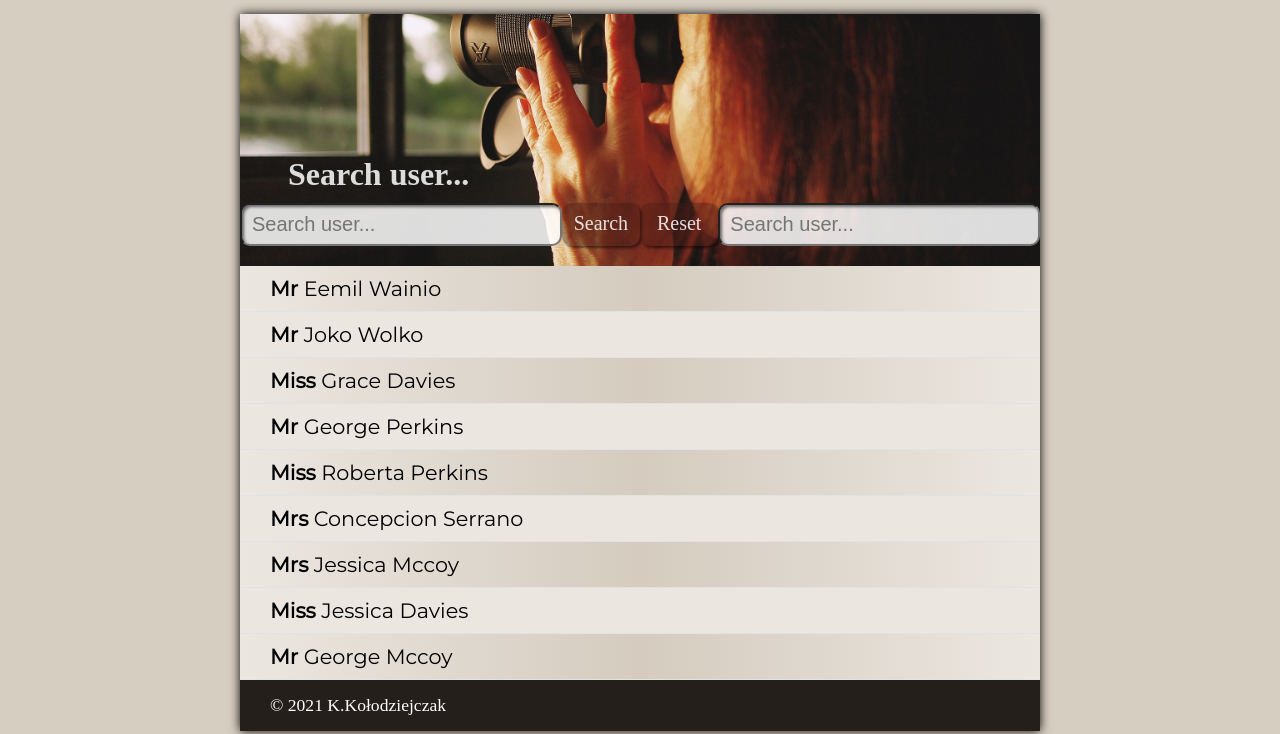
Repository: KrzysKolo/sr_tydzien5_zad4
Page: /
The author's editor kept a copy of each file at every save. The page is drawn from the files as they stood at one save, then again after the next save.
The browser window is 1280 px wide. The pictures show the whole page.
Some web fonts or font styles are not loaded; a fallback is used. The project was rebuilt for these pictures with package versions that can differ from the ones it lists, and the page was loaded fresh each time. Also part of the build but not shown: src/components/userContainerComponents/Error.js.

Above is the page before, as saved 2021-01-05 15:48:56.

### public/index.html
<!DOCTYPE html>
<html lang="en">
  <head>
    <meta charset="utf-8" />
    <link rel="icon" href="%PUBLIC_URL%/favicon.ico" />
    <meta name="viewport" content="width=device-width, initial-scale=1" />
    <meta name="theme-color" content="#000000" />
    <meta
      name="description"
      content="Web site created using create-react-app"
    />
    <link rel="apple-touch-icon" href="%PUBLIC_URL%/logo192.png" />
    <!--
      manifest.json provides metadata used when your web app is installed on a
      user's mobile device or desktop. See https://developers.google.com/web/fundamentals/web-app-manifest/
    -->
    <link rel="manifest" href="%PUBLIC_URL%/manifest.json" />
    <!--
      Notice the use of %PUBLIC_URL% in the tags above.
      It will be replaced with the URL of the `public` folder during the build.
      Only files inside the `public` folder can be referenced from the HTML.

      Unlike "/favicon.ico" or "favicon.ico", "%PUBLIC_URL%/favicon.ico" will
      work correctly both with client-side routing and a non-root public URL.
      Learn how to configure a non-root public URL by running `npm run build`.
    -->
    <link rel="preconnect" href="https://fonts.gstatic.com">
<link href="https://fonts.googleapis.com/css2?family=Finger+Paint&family=Montserrat&family=Over+the+Rainbow&family=Peralta&display=swap" rel="stylesheet">
    <title>User search</title>
  </head>
  <body>
    <noscript>You need to enable JavaScript to run this app.</noscript>
    <div id="root"></div>
    <!--
      This HTML file is a template.
      If you open it directly in the browser, you will see an empty page.

      You can add webfonts, meta tags, or analytics to this file.
      The build step will place the bundled scripts into the <body> tag.

      To begin the development, run `npm start` or `yarn start`.
      To create a production bundle, use `npm run build` or `yarn build`.
    -->
  </body>
</html>

### src/App.js
import React from 'react';
import UsersContainer from './components/UsersContainer';
import './App.css';


const App = () => {

  return (
    <>
      <UsersContainer/>
    </>
  )
}

export default App;

### src/components/UsersContainer.js
import React, { useState, useEffect } from 'react';
import { Header, UserList, Footer, Error, Loading } from './userContainerComponents/'


const UsersContainer = () => {

  const UsersAPI = '/users.json';

  const [users, setUsers ] = useState([]);
  const [loading, setLoading] = useState(true);
  const [isErr, setIsErr] = useState(false);


  useEffect(() => {
    getUsers();
  }, []);

  const getUsers = () => {
    let timer = setTimeout(() => {
      fetch(UsersAPI)
      .then(res => {
        if (res.ok) {
        return res;
        }
        throw Error(res.status);
        })
      .then(res => res.json())
      .then(data => {
        console.log(data.users);
        setUsers(data.users);
        setLoading(false);
        clearTimeout(timer);
      })
      .catch(error => setIsErr(`The problem is with: ${error}`));
    }, 500);
  }

 /*  const handleChange = (e) => {
      const value = e.target.value.toLowerCase();
      setSearchValue(value);
      console.log(value);
      };
 */
    /* const handleSubmit = (e) => {
        console.log("klikm ;)");
      e.preventDefault();
      setIsErr("")
      if (searchValue !== "") {
      console.log(`sent ${searchValue}`);

      } else {
        setIsErr("Enter username!!");
      }
      };
 */
   /*  const handleReset = (e) => {
      console.log("reset");
      setSearchValue("");
      getUsers(setUsers);
      setLoading(true);
    }; */

    return (
        <section>
					<Header isErr={isErr}  />
          { loading ? <Loading/> : <UserList users={users}/>}
          { isErr && <Error isErr={setIsErr}/> }
          <Footer />
        </section>
    )

}

export default UsersContainer;

### src/App.css
* {
  box-sizing: border-box;
  padding: 0;
  margin: 0;
}
body {
  height: 100vh;
  width: 100vw;
  background-color: rgba(206, 194, 179, 0.8);
}
section {
  margin: 2vh auto;
  width: 70%;
  max-width: 800px;
  display: flex;
  flex-direction: column;
  box-shadow: 0 0 10px #000;
}
.header__section {
  height: 35vh;
  background-image: url("./images/girl.jpg");
  background-position: center;
  background-size: cover;
  display: flex;
  flex-direction: column;
  justify-content: flex-end;
}
.header__title {
  font-size: 2rem;
  font-family: "Peralta", cursive;
  margin: 0 auto 10px 3rem;
  color: rgba(255, 255, 255, 0.85);
}
.header__search-wrapper {
  width: 100%;
  margin-bottom: 20px;
  display: flex;
  justify-content: space-around;
}
.header__search {
  padding: 8px 10px;
  width: 60%;
  border-radius: 10px;
  background-color: rgba(255, 255, 255, 0.85);
  box-shadow: inset 2px 2px 3px 0px rgba(0, 0, 0, 0.55);
  font-size: 20px;
}
.header__search-btn {
  background: rgba(71, 26, 20, 0.4);
  color: rgba(255, 255, 255, 0.85);
  width: 15%;
  border-radius: 10px;
  box-shadow: 2px 2px 3px 0px rgba(0, 0, 0, 0.55);
  font-size: 20px;
  text-align: center;
  line-height: 40px;
  transition: 0.2s all ease;
  cursor: pointer;
}
.header__search-btn:hover {
  background: rgba(65, 28, 24, 1);
}
.user {
  font-size: 1.3rem;
  font-family: "Montserrat", sans-serif;
  padding: 10px 30px;
  list-style: none;
  border-bottom: 1px solid rgb(226, 226, 226);
  background-color: rgba(255, 255, 255, 0.5);
}
.user:nth-child(odd) {
  background: linear-gradient(
    90deg,
    rgba(255, 255, 255, 0.5) 0%,
    rgba(206, 194, 179, 0.2) 50%,
    rgba(255, 255, 255, 0.5) 100%
  );
}
.footer__wrapper {
  background-color: rgb(36, 31, 27);
  color: white;
  font-size: 1.1rem;
  padding: 10px 30px;
  width: 100%;
  height: 7vh;
  display: flex;
  align-items: center;
}
.error {
  color: rgb(195, 1, 4);
  padding: 10px;
  text-align: center;
  font-size: 1.2rem;
}

### src/components/userContainerComponents/index.js
export { default as Footer } from './Footer';
export { default as Header } from './Header';
export { default as UserList } from './UserList';
export { default as Error } from './Error';
export { default as Loading } from './Loading';

### src/components/userContainerComponents/Footer.js
import React from 'react';

const Footer = () => {
    return (
        <div className="footer__wrapper">
           © 2021 K.Kołodziejczak
        </div>
    )
}

export default Footer;

### src/components/userContainerComponents/Header.js
import React from 'react';
import { SearchUser } from './../searchComponents/';

const Header = ({isErr }) => {
   return (
        <div className="header__section">
            <h1 className="header__title">Search user...</h1>
            <SearchUser isErr={isErr} />
        </div>
    )
}

export default Header;

### src/components/userContainerComponents/UserList.js
import React from 'react';
import Loading from './Loading';

const UserList = ( { loading, users }) => {

    const user = users.map(user => (
        <li className="user" key={user.id}><b>{user.title}</b> {user.first} {user.last}</li>
      ))
    return (
        loading ? <Loading /> : <ul>{user}</ul>
    )
}

export default UserList;

### src/components/userContainerComponents/Loading.js
import React from 'react';
import spinner from './../../images/spinner.gif'
const Loading = () => {
    return (
        <img src={spinner} style={{width: 200, margin: 'auto', display: 'block'}} alt="Loading"/>
     );
}

export default Loading;

### src/components/searchComponents/index.js
export { default as SearchUser } from './SearchUser';

### src/components/searchComponents/SearchUser.js
import React, { useState, useRef } from 'react';
import { Button, Input } from './../formComponents/'
const SearchUser = () => {

	const [searchValue, setSearchValue] = useState("");

	const handleChange = (e) => {
		const value = e.target.value.toLowerCase();
		setSearchValue(value);
		console.log(value);
		};
		const nameInput = useRef();
		const handleFocus = () => {
			nameInput.current.focus();
			nameInput.current.value = "Wpisz dane";
			nameInput.current.style.color = '#f00';
		}
	const handleSubmit = (e) => {
		e.preventDefault();

		if(searchValue === "")
		{

			console.log("brak")
		}
		else {
		console.log(`send ${searchValue}`);
		}
	};


	const handleReset = () => {
		/* resetUsers(); */
		console.log("reset");
		setSearchValue('');

}

    return (
        <>
					<form className="header__search-wrapper" onSubmit={handleSubmit}>
          	<Input type="text" onChange={handleChange} value={searchValue} />
            <Button values="Search" onClick={handleSubmit} />
            <Button values="Reset" onClick={handleReset} />
						<Input ref={nameInput}/>
          </form>
        </>
    )
}

export default SearchUser;

### src/components/formComponents/index.js
export { default as Button} from './Button';
export { default as Input } from './Input';

### src/components/formComponents/Button.js
import React from 'react';

const Button = ({ values, onClick }) => {
    return (
        <div className="header__search-btn" onClick={onClick}>
            {values}
        </div>
    )
}

export default Button;

### src/components/formComponents/Input.js
import React from 'react';

const Input = ({ type, searchValue, onChange }) => {
    return (
        <>
          <input className="header__search" type={type} value={searchValue} onChange={onChange} placeholder="Search user..." />
        </>
    )
}

export default Input;

### public/users.json
{
    "users": [
      {
        "id": 1,
        "title": "Mr",
        "first": "Eemil",
        "last": "Wainio"
       },
      {
        "id": 2,
        "title": "Mr",
        "first": "Joko",
        "last": "Wolko"
      },
      {
        "id": 3,
        "title": "Miss",
        "first": "Grace",
        "last": "Davies"
      },
      {
        "id": 4,
        "title": "Mr ",
        "first": "George ",
        "last": "Perkins"
      },
      {
        "id": 5,
        "title": "Miss",
        "first": "Roberta ",
        "last": "Perkins"
      },
      {
        "id": 6,
        "title": "Mrs ",
        "first": "Concepcion ",
        "last": "Serrano"
      },
      {
        "id": 7,
        "title": "Mrs ",
        "first": "Jessica ",
        "last": "Mccoy"
      },
      {
        "id": 8,
        "title": "Miss",
        "first": "Jessica",
        "last": "Davies"
      },
      {
        "id": 9,
        "title": "Mr",
        "first": "George",
        "last": "Mccoy"
      }
    ]
  }

Loaded but not shown: src/index.js (common file)

After the next save:
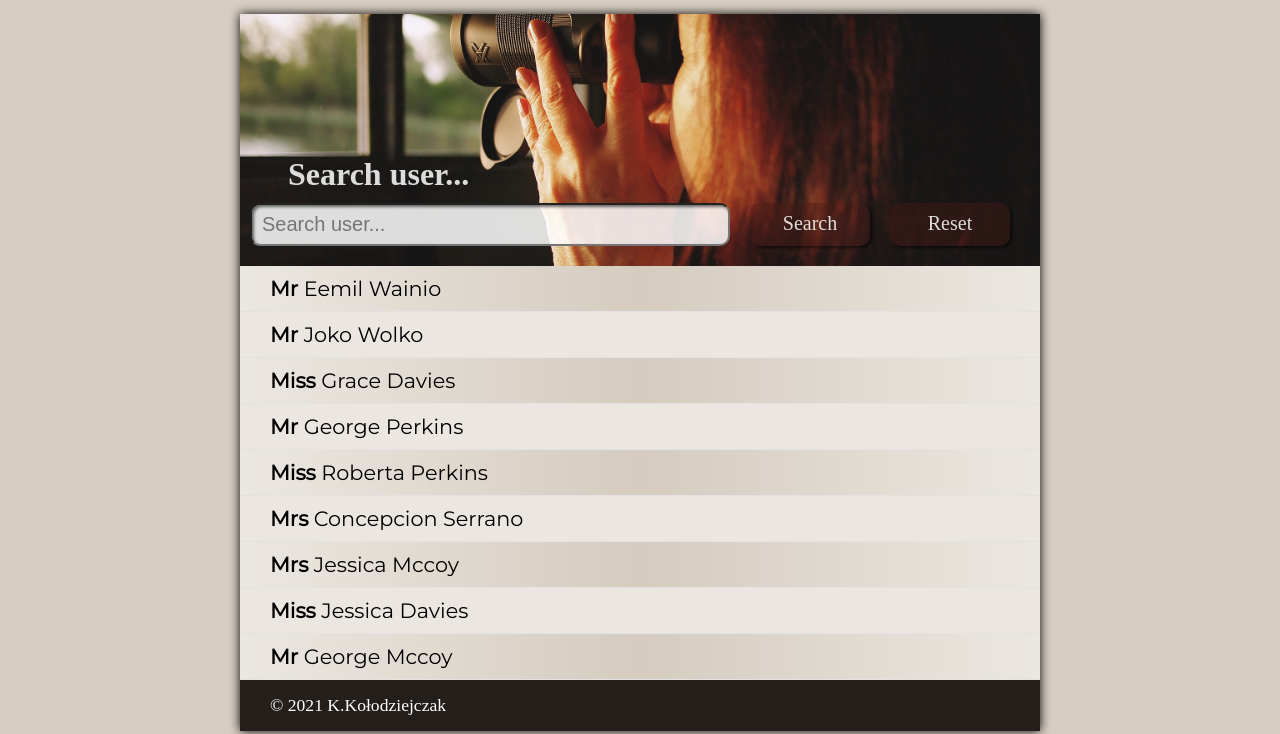
Saved 43 s later.
--- a/src/components/searchComponents/SearchUser.js
+++ b/src/components/searchComponents/SearchUser.js
@@ -42,7 +42,7 @@ const SearchUser = () => {
           	<Input type="text" onChange={handleChange} value={searchValue} />
             <Button values="Search" onClick={handleSubmit} />
             <Button values="Reset" onClick={handleReset} />
-						<Input ref={nameInput}/>
+						<p ref={nameInput}/>
           </form>
         </>
     )
